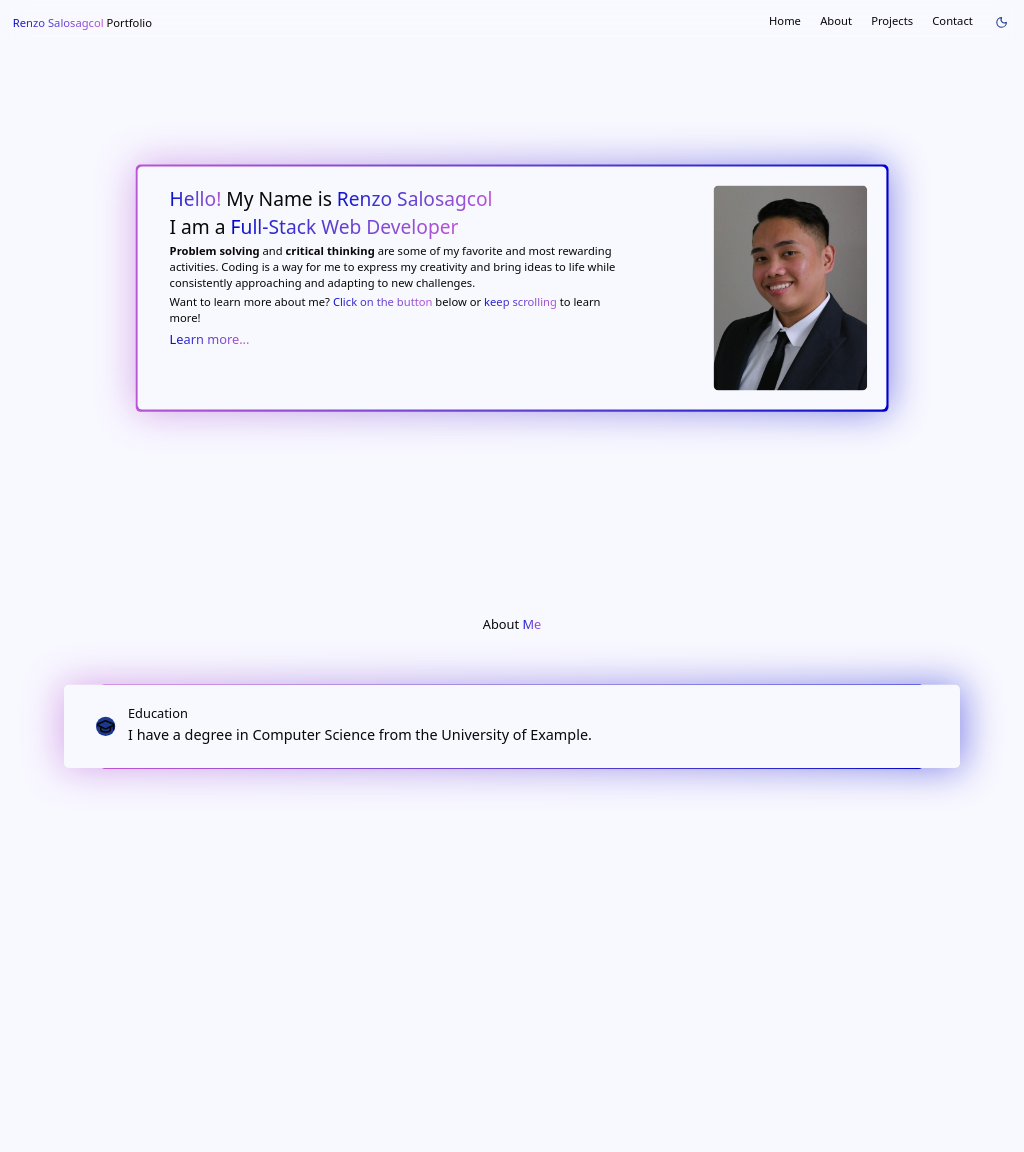
Repository: Renzo-Salosagcol/Updated_Personal_Portfolio
Page: /
These files come from the project's save history. The page is drawn as it stood at one moment and after a run of saves; the edit follows.
The browser window is 1280 px wide. The pictures show the whole page, at 80% of full size.
The project was rebuilt for these pictures with package versions that can differ from the ones it lists, and the page was loaded fresh each time. Also part of the build but not shown: vite.config.js, src/pages/NotFound.jsx.

Above is the page before, as saved 2025-10-10 12:46:03.

### index.html
<!doctype html>
<html lang="en">
  <head>
    <meta charset="UTF-8" />
    <link rel="icon" type="image/svg+xml" href="/vite.svg" />
    <meta name="viewport" content="width=device-width, initial-scale=1.0" />
    <title>updated-personal-portfolio</title>
  </head>
  <body>
    <div id="root"></div>
    <script type="module" src="/src/main.jsx"></script>
  </body>
</html>

### src/index.css
@import "tailwindcss";

@theme {
  --color-background: var(--background);
  --color-foreground: var(--foreground);

  --color-primary: var(--primary);
  --color-secondary: var(--secondary);

  --animate-fade-in: fade-in 1s ease-in forwards;
}

@layer base {
  /* Light Theme */
  :root {
    --background: #f8f8ff; /* Ghost White */
    --foreground: #080808; /* Vampire Black */

    --primary: #0000cd; /* Medium Blue */
    --secondary: #ba55d3; /* Medium Orchid */
  }

  /* Dark Theme */
  .dark {
    --background: #080808; /* Vampire Black */
    --foreground: #f8f8ff; /* Ghost White */

    --primary: #ff0800; /* Candy Apple Red */
    --secondary: #fefc22; /* Laser Lemon */
  }

  html {
    @apply scroll-smooth;
  }

  body {
    @apply bg-background text-foreground transition-colors duration-300;
  }
}

@property --gradient-angle {
  syntax: "<angle>";
  initial-value: 0deg;
  inherits: false;
}

@keyframes spin {
  from {
    --gradient-angle: 0deg;
  }
  to {
    --gradient-angle: 360deg;
  }
}

@keyframes fade-in {
  0% {
    opacity: 0;
    transform: translateY(20px);
  }
  100% {
    opacity: 1;
    transform: translateY(0);
  }
}

@utility container {
  margin-inline: auto;
  padding-inline: 1rem;
}

@utility after-gradient-border {
  @apply absolute h-[101.5%] w-[100.5%] top-1/2 left-1/2 -translate-x-1/2 -translate-y-1/2 rounded-md -z-10 bg-gradient-to-l from-primary to-secondary;
  content: '';
  /* animation: 3s spin linear infinite; */
}

@utility before-gradient-border {
  @apply after-gradient-border;
  filter: blur(1.5rem);
  opacity: 0.5;
}

@utility gradient-text {
  @apply text-transparent bg-clip-text bg-gradient-to-r from-primary to-secondary transition-colors duration-300;
}

@utility gradient-button {
  @apply after:after-gradient-border after:w-[103%] before:before-gradient-border gradient-text z-0;
}

@utility gradient-button-inner {
  @apply flex h-full w-full items-center justify-center rounded-full bg-background gradient-text z-10
}

@utility gradient-border {
  @apply relative after:after-gradient-border before:before-gradient-border z-0 bg-background
}

@utility glassmorphism {
  @apply bg-background/30 backdrop-blur-lg
}

### src/App.jsx
import { BrowserRouter, Routes, Route } from "react-router-dom"
import { Home } from "./pages/Home"
import { NotFound } from "./pages/NotFound"

function App() {
  return (
    <BrowserRouter>
      <Routes>
        <Route path="/" element={<Home />} />
        <Route path="*" element={<NotFound />} />
      </Routes>
    </BrowserRouter>
  )
}

export default App

### src/pages/Home.jsx
import { Background } from "../components/Background"
import { Navbar } from "../components/Navbar"
import { Hero } from "../components/Hero"
import { About } from "../components/About"

export const Home = () => {
  return (
    <div id="home" className="w-full h-screen">
      {/* Background */}
      <Background />


      {/* Navbar */}
      <Navbar />

      {/* Main */}
      <Hero />
      <About />

      {/* Footer */}
    </div>
  )
}

### src/components/Background.jsx


export const Background = () => {
  return (
    <div className="fixed inset-0 overflow-hidden pointer-events-none -z-40 bg-background w-screen h-screen">
    </div>
  )
}

### src/components/Navbar.jsx
import { ThemeToggle } from './ThemeToggle'

const items = [
  { name: 'Home', href: '#home' },
  { name: 'About', href: '#about' },
  { name: 'Projects', href: '#projects' },
  { name: 'Contact', href: '#contact' },
]

export const Navbar = () => {
  return (
    <nav className="fixed top-0 left-0 w-full p-2 flex items-center justify-between glassmorphism z-40 text-sm md:text-md text-foreground">
      <a href="#home" className="p-2"><span className="gradient-text">Renzo Salosagcol</span> Portfolio</a>
      <ul className="flex gap-6 p-2">
        {items.map(item => (
          <li key={item.name}
            className="hover:gradient-text transition-all duration-300 relative">
            <a href={item.href}>{item.name}</a>
          </li>
        ))}
        <li><ThemeToggle /></li>
      </ul>
    </nav>
  )
}

### src/components/Hero.jsx
import GradientButton from "./GradientButton";

export const Hero = () => {
  return (
    <main className="relative min-h-screen flex items-center justify-center max-w-10/12 rounded-md container z-0">
      <div className="z-0 relative gradient-border opacity-0 animate-fade-in">
        <div className="w-full h-full relative container flex flex-cols md:flex-rows justify-between gap-6 rounded-md p-6 bg-background">
          <div className="container flex flex-col gap-1">
            <h1 className="text-lg md:text-xl lg:text-2xl">
              <span className="gradient-text">Hello! </span>
              My Name is
              <span className="gradient-text"> Renzo Salosagcol</span>
            </h1>
            <h1 className="text-lg md:text-xl lg:text-2xl">I am a <span className="gradient-text">Full-Stack Web Developer</span></h1>
            <h3 className="w-md md:w-lg lg:w-xl text-sm">
              <span className="font-bold">Problem solving</span> and
              <span className="font-bold"> critical thinking </span>
              are some of my favorite and most rewarding activities. Coding is a way for me to express my creativity and bring ideas to life while consistently approaching and adapting to new challenges.
            </h3>
            <h3 className="w-md md:w-lg lg:w-xl text-sm">Want to learn more about me?
              <span className="gradient-text"> Click on the button</span> below or
              <span className="gradient-text"> keep scrolling</span> to learn more!
            </h3>
            <a
              href="#about"
              className="relative"
            >
              <GradientButton content="Learn more..." />
            </a>
          </div>
          <div>
            <img
            src="../../headshot.jpeg"
            alt="Headshot Photo"
            className="rounded-md w-64 h-64 object-cover"
            />
          </div>
      </div>
      </div>
    </main>
  )
}

### src/components/About.jsx
import { GraduationCap } from "lucide-react"

const experiences = [
  {
    name: "Education",
    icon: GraduationCap,
    description: "I have a degree in Computer Science from the University of Example.",
    link: "https://example.com/education"
  }
]

export const About = () => {
  return (
    <section id="about" className="relative min-h-screen py-12">
      <div className="flex items-center justify-center mb-12">
        <h1 >About <span className="gradient-text">Me</span></h1>
      </div>
      <div className=" mx-auto max-w-6xl rounded-lg p-4 grid-cols-1 gap-6">
        {experiences.map((experience, index) => (
          <div className="z-0 relative gradient-border after:w-[92%]">
            <div className="w-full h-full relative container flex flex-cols md:flex-rows rounded-md p-6 bg-background">
              <div className="p-4">
                <experience.icon className="w-full h-full rounded-full bg-blue-900" />
              </div>
              <div>
                <h2>{experience.name}</h2>
                <p className="text-sm md:text-md lg:text-lg">
                  {experience.description}
                </p>
                <a
                  href={experience.link}
                  target="_blank"
                  rel="noopener noreferrer"
                  className="text-blue-500 hover:underline"
                >
                </a>
              </div>
            </div>
          </div>
        ))}
      </div>
    </section>
  )
}

### src/components/ThemeToggle.jsx
import { useState, useEffect } from "react"
import { Sun, Moon } from "lucide-react"

export const ThemeToggle = () => {
  const [isDark, setIsDark] = useState(false)

  useEffect(() => {
    const theme = localStorage.getItem("theme")
    if (theme) {
      setIsDark(theme === "dark")
      document.documentElement.classList.toggle("dark", theme === "dark")
    }
  }, [])

  const toggleTheme = () => {
    setIsDark(!isDark)
    document.documentElement.classList.toggle("dark", !isDark)
    localStorage.setItem("theme", !isDark ? "dark" : "light")
  }

  return (
    <button
      onClick={toggleTheme}
      className="max-sm:hidden p-1 z-50 rounded-full transition-color duration-300 focus:outline-hidden hover:cursor-pointer"
    >
      {isDark ? (
        <Sun className="h-4 w-4 text-yellow-300" />
      ) : (
        <Moon className="h-4 w-4 text-blue-900" />
      )}
    </button>

  )
}

### src/components/GradientButton.jsx
import React from "react";
import { props } from "react";

function GradientButton(props) {
  return (
    <button className="gradient-button">
        {props.content}
    </button>
  )
}

export default GradientButton;

Loaded but not shown: src/main.jsx (common file)

After the next 2 saves:
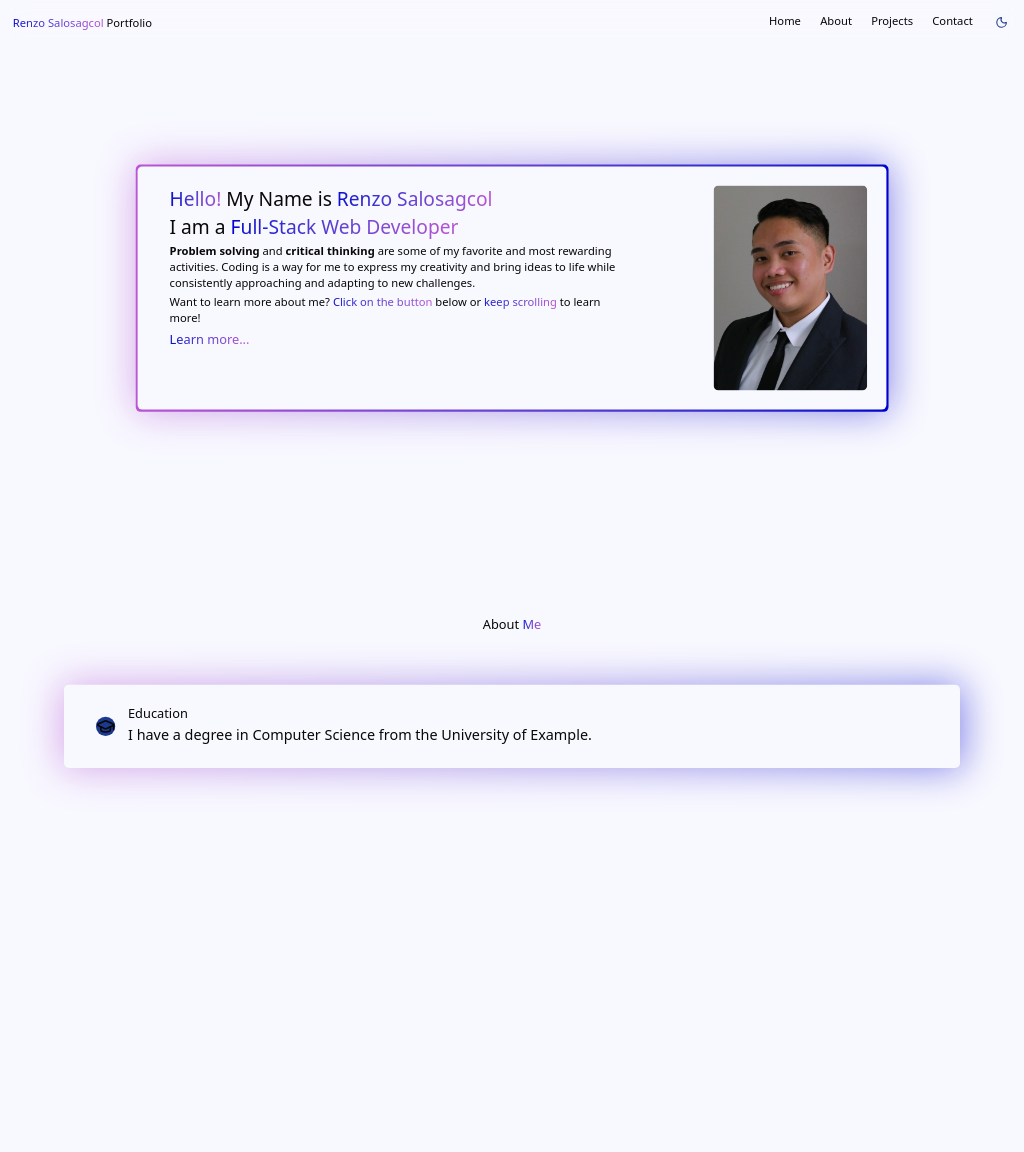
The 2 saves are shown as one change because they came seconds apart.
The last was saved 20 s later.
--- a/src/components/About.jsx
+++ b/src/components/About.jsx
@@ -17,7 +17,7 @@ export const About = () => {
       </div>
       <div className=" mx-auto max-w-6xl rounded-lg p-4 grid-cols-1 gap-6">
         {experiences.map((experience, index) => (
-          <div className="z-0 relative gradient-border after:w-[92%]">
+          <div className="z-0 relative gradient-border after:w-[92%] after:h-[95%]">
             <div className="w-full h-full relative container flex flex-cols md:flex-rows rounded-md p-6 bg-background">
               <div className="p-4">
                 <experience.icon className="w-full h-full rounded-full bg-blue-900" />
